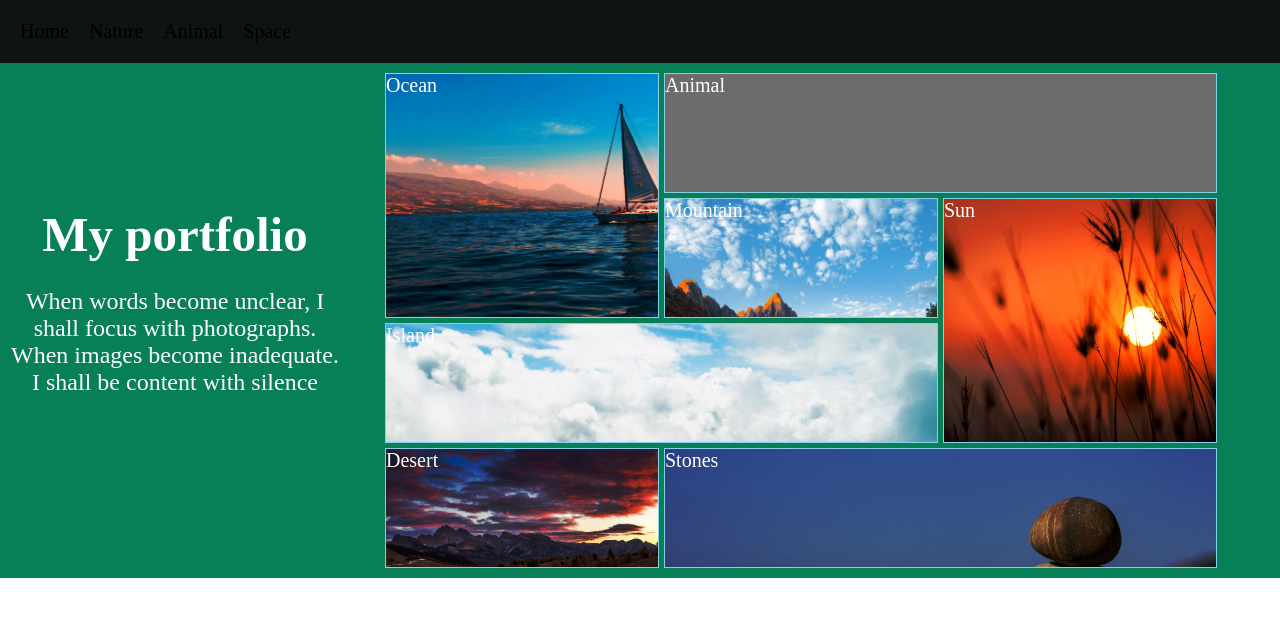
Repository: suraj-yadav7/03_Gallery_Portfolio
Page: index.html
The author's editor kept a copy of each file at every save. The page is drawn from the files as they stood at one save, then again after the next save.
The browser window is 1280 px wide. The pictures show the whole page.
Pictures or frames that could not be fetched are drawn as grey boxes. Some web fonts or font styles are not loaded; a fallback is used.

Above is the page before, as saved 2023-02-14 21:14:30.

### index.html
<!DOCTYPE html>
<html lang="en">
<head>
    <meta charset="UTF-8">
    <meta http-equiv="X-UA-Compatible" content="IE=edge">
    <meta name="viewport" content="width=device-width, initial-scale=1.0">
    <title>Gallery</title>
    <link rel="stylesheet" href="style.css">
</head>
<body>
    <nav class="nav-section">
        <div class="nav-container">
        <ul class="nav-item flex">
            <li>    <a href="#">Home</a>   </li>
            <li>    <a href="#">Nature</a> </li>
            <li>    <a href="#">Animal</a> </li>
            <li>    <a href="#">Space</a> </li>
        </ul>
        </div>
    </nav>

        <div class="container flex">
            <div class="header-text">
                <h1 class="heading">My portfolio</h1>
                <p class="para">When words become unclear, I shall focus with photographs. When images become inadequate. I shall be content with silence</p>
            </div>
            <div class="gallery-layout">
                <div class="box" id="box1">Ocean</div>
                <div class="box" id="box2">Animal</div>
                <div class="box" id="box3">Mountain</div>
                <div class="box" id="box4">Sun</div>
                <div class="box" id="box5">Island</div>
                <div class="box" id="box6">Desert</div>
                <div class="box" id="box7">Stones</div>
            </div>
        </div>
</body>
</html>

### style.css
@import url('https://fonts.googleapis.com/css2?family=Bodoni+Moda:ital,opsz@0,6..96;1,6..96&display=swap');

*{
    margin: 0;
    padding: 0;
    box-sizing: border-box;
}

:root{
    --primary-text-color: #1a0000;
    --secondary-text-color:  #33331a;
    --accent-color:  #cc99ff;
    --accent-dark-color: #4d88ff;
    --padding-inline-section: 20px;
}


/* Utility */


a{
    text-decoration: none;
    color: black;


}

.flex{
    display: flex;
    align-items: center;

}

/* Nav section */
.nav-container{
    background-color: rgb(14, 20, 20);
    padding: var(--padding-inline-section);
    font-family: 'Bodoni Moda', serif;
    font-size: 20px;


}
.nav-item{
    gap: 20px;
    list-style: none;
}
a:hover{
    color:#fff;
}

/*main -section */
.container{
    background-color: rgb(7, 127, 87);
    padding-block: 10px;
    gap: 35px;
    font-family: "bodoni modo" ;

}
.header-text{
    height: 250px;
   width: 350px;
    color: white;
    text-align: center;
    padding: 10px;

}
.heading{
    font-size: 49px;
}
.para{
    margin-top: 25px;
    font-size: 1.5rem;
}
.gallery-layout{
    display: grid;
    row-gap: 5px;
    column-gap: 5px;
    grid-template-columns: repeat(3, 1fr);
    grid-auto-rows: 120px;
    flex-basis: 65%;

}

.box{
    background-color: rgb(63, 60, 60);
    border: 1px solid skyblue;
    background-size: cover;
    background-position: top;
    background-blend-mode: hard-light;
    transition: all 1s ease-in-out;
    cursor: pointer;
    color: white;
    font-size: 20px;


}
.box:hover{
    background-color:rgb(210, 204, 204) ;
    background-position: center;

    box-shadow: 0 0 4px #fff;

}

#box1{
    grid-row: span 2;
    background-image: url("images/pexels-szelei-robert-1482193.jpg");


}

#box2{
    grid-column: span 2;
    background-image: url("images/pexels-dsd-1829979.jpg");

}
#box3{
    background-image: url("images/pexels-michael-block-3225517.jpg");

}

#box4{
    grid-row: span 2;
    background-image: url("images/pexels-darwis-alwan-1454752.jpg");
}

#box5{
    grid-column: span 2;
    background-image: url("images/pexels-michael-block-3225524.jpg");

}
#box6{
    background-image: url("images/pexels-michal-lizuch-2919720.jpg");

}

#box7{
    grid-column: span 2;
    background-image: url("images/pexels-pixabay-235990.jpg");

}

/* media queries for Mobile Responsiveness */

@media screen and (max-width: 1024px){

    .container{
        flex-direction: column;
        padding: 20px;
    }
    .box{
        grid-column: span 3;
        grid-row: span 1;

    }
.gallery-layout{
    margin-top:-20px;
    width: 100%;
    grid-auto-rows: 100px;
    padding-inline: 12px;
    row-gap: 10px;

}
#box2, #box5, #box7{
    grid-column: span 3;
}

}

After the next save:
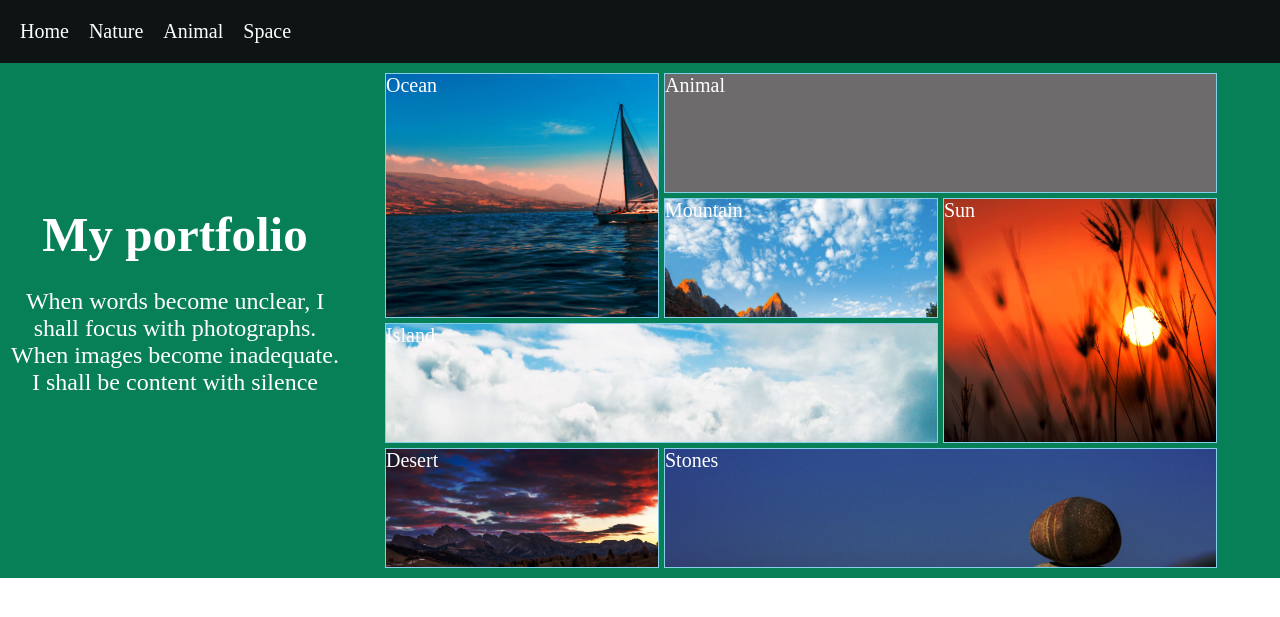
Saved 35 s later.
--- a/style.css
+++ b/style.css
@@ -20,7 +20,7 @@
 
 a{
     text-decoration: none;
-    color: black;
+    color: rgb(255, 255, 255);
 
 
 }
